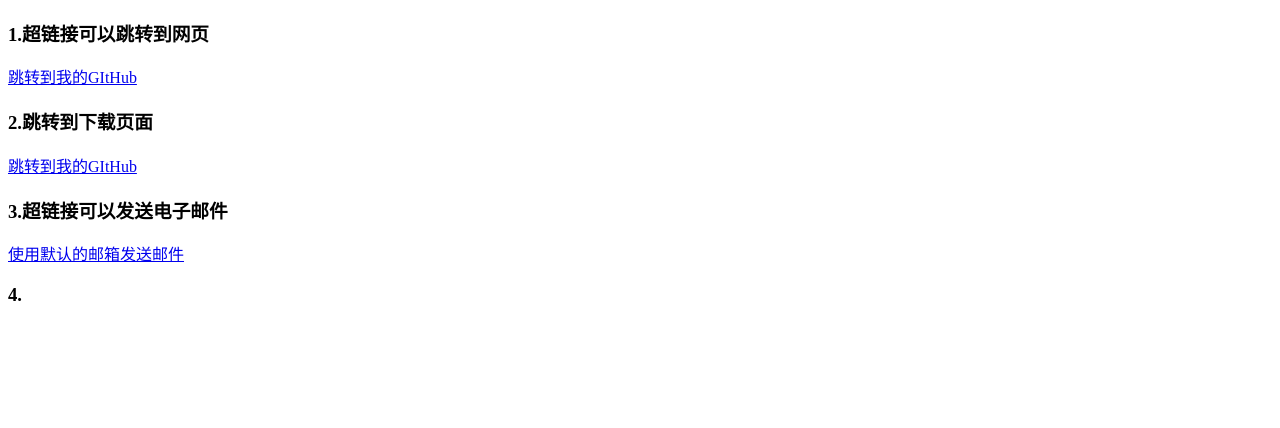
Repository: jarvanstack/vscode
Page: HTML/HTML超链接有哪些.html
An editor plug-in stored every save of this project. The page is shown before and after the next save, followed by the edit.
The browser window is 1280 px wide. The pictures show the whole page.

Above is the page before, as saved 2020-06-11 09:29:34.

### HTML/HTML超链接有哪些.html
<!DOCTYPE html>
<html lang="en">
<head>
    <meta charset="UTF-8">
    <meta name="viewport" content="width=device-width, initial-scale=1.0">
    <title>HTML超链接有哪些</title>
</head>
<body>
    <h3>1.超链接可以跳转到网页</h3>
    <a href="https://github.com/dengjiawen8955">跳转到我的GItHub</a>
    <h3>2.跳转到下载页面</h3>
    <a href="XXX.mp3">跳转到我的GItHub</a>
    <h3>3.超链接可以发送电子邮件</h3>
    <a href="jarvanDeng@163.com">使用默认的邮箱发送邮件</a>
    <h3>4.</h3>
</body>
</html>

After the next save:
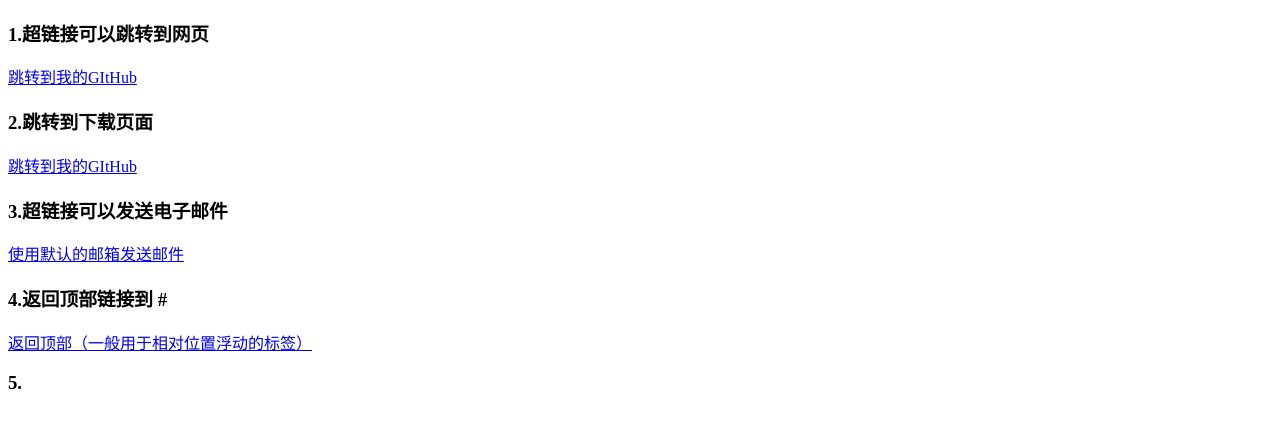
Saved 74 s later.
--- a/HTML/HTML超链接有哪些.html
+++ b/HTML/HTML超链接有哪些.html
@@ -12,6 +12,8 @@
     <a href="XXX.mp3">跳转到我的GItHub</a>
     <h3>3.超链接可以发送电子邮件</h3>
     <a href="jarvanDeng@163.com">使用默认的邮箱发送邮件</a>
-    <h3>4.</h3>
+    <h3>4.返回顶部链接到 # </h3>
+    <a href="#">返回顶部（一般用于相对位置浮动的标签）</a>
+    <h3>5.</h3>
 </body>
 </html>
